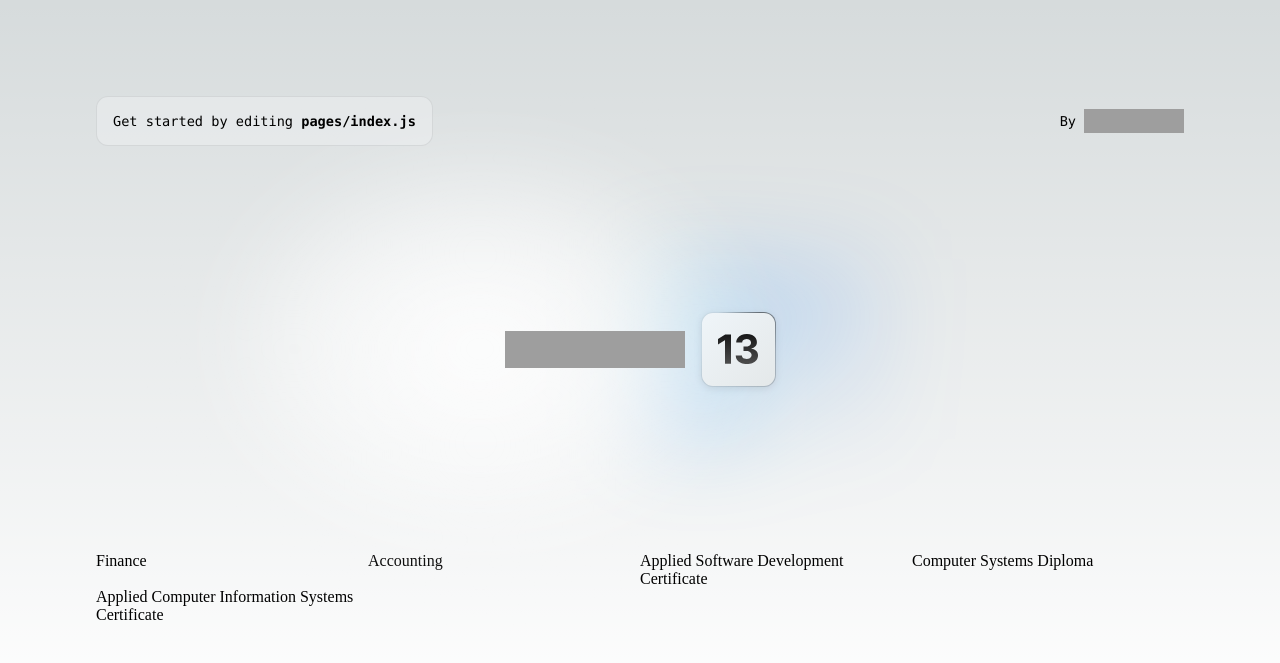
Repository: KushalK04/week3
Page: /
These files come from the project's save history. The page is drawn as it stood at one moment and after the next save; the edit follows.
The browser window is 1280 px wide. The pictures show the whole page.
Pictures or frames that could not be fetched are drawn as grey boxes. The project was rebuilt for these pictures with package versions that can differ from the ones it lists, and the page was loaded fresh each time. The framework's server and built-in components were replaced by stand-ins that run in the browser. Also part of the build but not shown: next.config.js.

Above is the page before, as saved 2023-01-16 14:41:20.

After the next save:
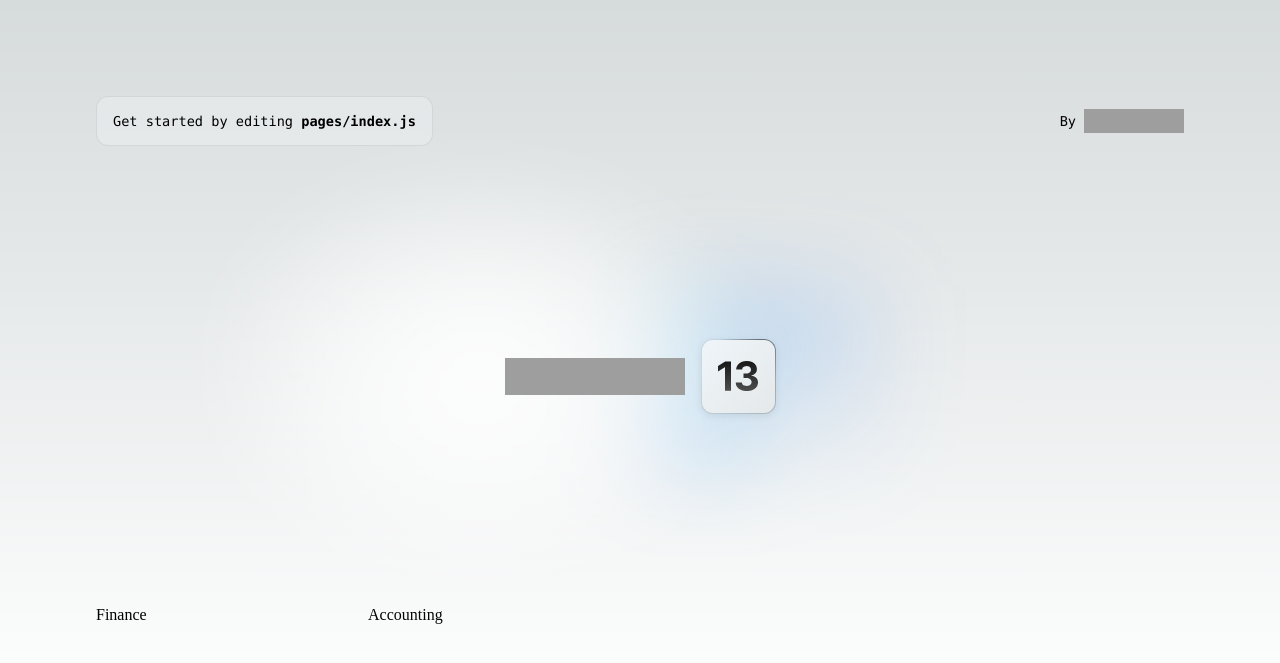
Saved 2 min 50 s later.
--- a/pages/index.js
+++ b/pages/index.js
@@ -68,6 +68,7 @@
         <div className={styles.grid}>
           {
             information && information.map((info, index) => {
+              if(info.department === "Business")
               return(
                 <div key={index}>{info.degree}</div>
               )

After the 3 saves that followed:
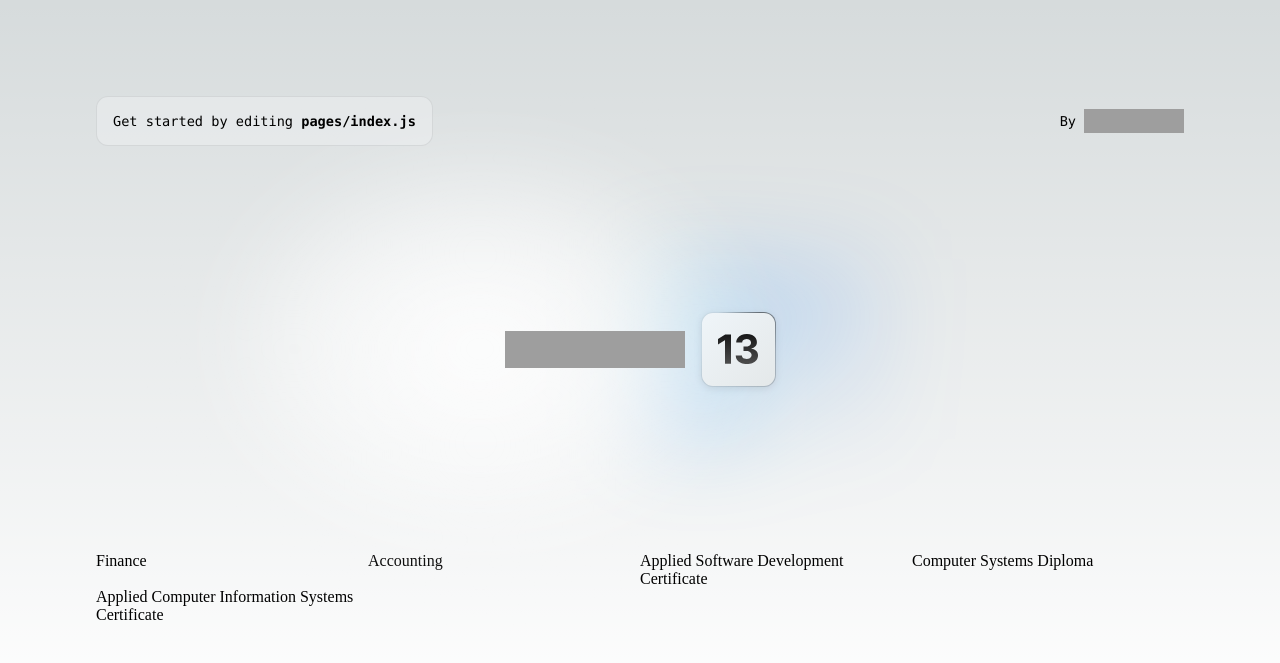
The 3 saves are shown as one change because 1 did not build or start and 1 left the picture as it was.
The last was saved 3 min 56 s later.
--- a/pages/index.js
+++ b/pages/index.js
@@ -68,10 +68,26 @@
         <div className={styles.grid}>
           {
             information && information.map((info, index) => {
-              if(info.department === "Business")
-              return(
-                <div key={index}>{info.degree}</div>
-              )
+              if(info.department === "Business") {
+
+                return(
+                  <div key={index}>{info.degree}</div>
+                )
+
+              }
+
+            })
+          }
+          {
+            information && information.map((info, index) => {
+              if(info.department === "Computing") {
+
+                return(
+                  <div key={index}>{info.degree}</div>
+                )
+
+              }
+
             })
           }
         </div>
